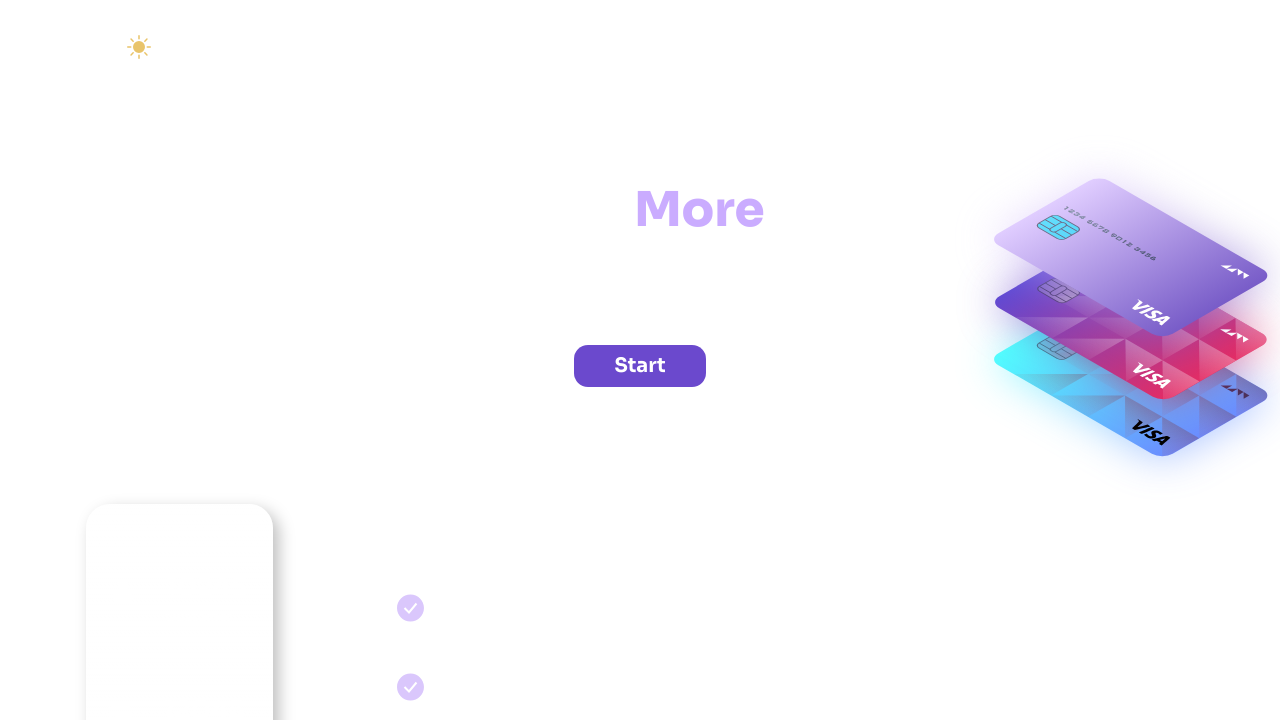
Repository: NBlue/react-tailwind
Page: /
The author's editor kept a copy of each file at every save. The page is drawn from the files as they stood at one save, then again after the next save.
The browser window is 1280 px wide. The pictures show the whole page.
An inner scrolling area shows only its first screen. The project was rebuilt for these pictures with package versions that can differ from the ones it lists, and the page was loaded fresh each time. Also part of the build but not shown: src/App.css.

Above is the page before, as saved 2022-03-29 15:10:21.

### public/index.html
<!DOCTYPE html>
<html lang="en">

<head>
  <meta charset="utf-8" />
  <link rel="icon" href="%PUBLIC_URL%/favicon.ico" />
  <meta name="viewport" content="width=device-width, initial-scale=1" />
  <meta name="theme-color" content="#000000" />
  <meta name="description" content="Web site created using create-react-app" />
  <link rel="apple-touch-icon" href="%PUBLIC_URL%/logo192.png" />
  <!--
      manifest.json provides metadata used when your web app is installed on a
      user's mobile device or desktop. See https://developers.google.com/web/fundamentals/web-app-manifest/
    -->
  <link rel="manifest" href="%PUBLIC_URL%/manifest.json" />
  <!--
      Notice the use of %PUBLIC_URL% in the tags above.
      It will be replaced with the URL of the `public` folder during the build.
      Only files inside the `public` folder can be referenced from the HTML.

      Unlike "/favicon.ico" or "favicon.ico", "%PUBLIC_URL%/favicon.ico" will
      work correctly both with client-side routing and a non-root public URL.
      Learn how to configure a non-root public URL by running `npm run build`.
    -->
  <link rel="preconnect" href="https://fonts.googleapis.com">
  <link rel="preconnect" href="https://fonts.gstatic.com" crossorigin>
  <link
    href="https://fonts.googleapis.com/css2?family=Poppins:wght@300;400;500;600;700&family=Sora:wght@600;700;800&display=swap"
    rel="stylesheet">
  <title>React App</title>
</head>

<body>
  <noscript>You need to enable JavaScript to run this app.</noscript>
  <div id="root"></div>
  <!--
      This HTML file is a template.
      If you open it directly in the browser, you will see an empty page.

      You can add webfonts, meta tags, or analytics to this file.
      The build step will place the bundled scripts into the <body> tag.

      To begin the development, run `npm start` or `yarn start`.
      To create a production bundle, use `npm run build` or `yarn build`.
    -->
</body>

</html>

### src/index.js
import React from "react";
import ReactDOM from "react-dom";
import "./index.css";
import App from "./App";

ReactDOM.render(
    <React.StrictMode>
        <App />
    </React.StrictMode>,
    document.getElementById("root")
);

// If you want to start measuring performance in your app, pass a function
// to log results (for example: reportWebVitals(console.log))
// or send to an analytics endpoint. Learn more: https://bit.ly/CRA-vitals

### src/index.css
@tailwind base;
@tailwind components;
@tailwind utilities;

/* Giống mixi trong scss, tái sử dụng code */
@layer components {
    .check-content {
        @apply mb-[51px] flex gap-8 ml-[70px] mr-[29px] items-center;
    }
    .nav-hover {
        @apply hover:text-purple-500 transition-all duration-500 cursor-pointer;
    }
}

### src/App.js
import "./App.css";
import Content from "./component/Content/Content";
import NavBar from "./component/Navbar/Navbar";
import Slogan from "./component/Slogan/Slogan";

import { useEffect, useState } from "react";

function App() {
    const [windowSize, setWindowSize] = useState({
        width: undefined,
        height: undefined,
    });
    const [isMobile, setMobile] = useState(false);

    // Set windowSize để tùy chỉnh màn hình, useEffect này thuộc trường hợp 2 lấy ngay lần đầu
    useEffect(() => {
        const handleSize = () => {
            setWindowSize({
                width: window.innerWidth,
                height: window.innerHeight,
            });
        };
        window.addEventListener("resize", handleSize);
        handleSize();
        return () => window.removeEventListener("resize", handleSize);
    }, []);

    useEffect(() => {
        // Nếu chiều rộng màn hình < 500 thì nó là mobile
        if (windowSize.width < 500) {
            setMobile(true);
        } else {
            setMobile(false);
        }
    }, [windowSize]);

    return (
        <div className="font-sora overflow-y-auto overflow-x-hidden h-screen px-4 py-8 text-white bg-gradient-to-b dark:from-purple-900 to-purple-700">
            <NavBar isMobile={isMobile} />
            <Slogan />
            <Content />
        </div>
    );
}

export default App;

### src/component/Content/Content.jsx
import { FaUser } from "react-icons/fa";
import { BsFillCreditCardFill } from "react-icons/bs";
import checkIconMobile from "../../assets/mobile/checkpoint.svg";

import { useSpring, animated } from "react-spring";

const Content = () => {
    // animation customer bằng react spring
    // Muốn số chạy từ 0 đến 10245
    const customer = useSpring({ customers: 10245, from: { customers: 0 } });
    const card = useSpring({ cards: 12045, from: { cards: 0 } });

    return (
        <section className="md:flex md:flex-row">
            <div className="ml-[70px] mr-[54px] font-bold  flex flex-col items-center bg-gradient-to-b shadow-md from-white/40 to transparent rounded-[24px] text-white md:w-[20%]">
                <div className="mt-16 gap-8 flex items-start">
                    <FaUser size={"22px"} className="mt-3" />
                    <div className="text-26">
                        <animated.div>
                            {/* Math.floor: làm tròn giá trị */}
                            {customer.customers.to((val) => Math.floor(val))}
                        </animated.div>
                        <p className="text-13 font-semibold">Customer</p>
                    </div>
                </div>
                <div className="mt-16 gap-8 flex items-start">
                    <BsFillCreditCardFill size={"22px"} className="mt-[12px]" />
                    <div className="text-26">
                        <animated.div>
                            {/* Math.floor: làm tròn giá trị */}
                            {card.cards.to((val) => Math.floor(val))}
                        </animated.div>
                        <p className="text-13 font-semibold mb-[36px]">
                            Cards Issued
                        </p>
                    </div>
                </div>
            </div>
            <div className="text-13 flex flex-col w-[100%] mt-[90px] font-semibold">
                <div className="check-content">
                    <img src={checkIconMobile} alt="" />
                    <p> Card reports sent to your phone every weeks</p>
                </div>
                <div className="check-content">
                    <img src={checkIconMobile} alt="" />
                    <p> No external fees</p>
                </div>
                <div className="check-content">
                    <img src={checkIconMobile} alt="" />
                    <p> Set spending limits and restrictions</p>
                </div>
            </div>
        </section>
    );
};
export default Content;

### src/component/Navbar/Navbar.jsx
import { BsFillSunFill } from "react-icons/bs"; //bs là 2 chữ cái đầu tiên
import { HiOutlineMenu } from "react-icons/hi";
import { MdOutlineClose } from "react-icons/md";

import { useState } from "react";

const NavBar = ({ isMobile }) => {
    const [openMenu, setOpenMenu] = useState(false);
    const handleMenu = () => {
        setOpenMenu(!openMenu);
    };
    return (
        <nav className="flex items-center ">
            <div className="flex items-center ">
                <div className="text-[20px] font-bold mr-2">NerdCard</div>
                <BsFillSunFill
                    size={"24px"}
                    color="#e9c46a"
                    className="cursor-pointer"
                />
            </div>
            <ul className="md:flex md:gap-10 ml-auto text-16 font-semibold">
                {/* Nếu openMenu là true thì hiện cái close kia ra ko thì hiện menu hambogo */}
                {openMenu && isMobile ? (
                    <MdOutlineClose
                        size={"24px"}
                        className="cursor-pointer"
                        onClick={handleMenu}
                    />
                ) : !openMenu && isMobile ? (
                    <HiOutlineMenu
                        size={"24px"}
                        className="cursor-pointer"
                        onClick={handleMenu}
                    />
                ) : (
                    <>
                        <li className="nav-hover">Feature</li>
                        <li className="nav-hover">Menu</li>
                        <li className="nav-hover">Out Story</li>
                        <li className="nav-hover ml-28">Contact</li>
                    </>
                )}
                {openMenu && (
                    <div className="absolute right-8 bg-white p-8 text-center text-black text-13 cursor-pointer">
                        <li>Feature</li>
                        <li>Menu</li>
                        <li>Out Story</li>
                        <li>Contact</li>
                    </div>
                )}
            </ul>
        </nav>
    );
};
export default NavBar;

### src/component/Slogan/Slogan.jsx
import Cards from "../../assets/desktop/isocard.svg";

const Slogan = () => {
    return (
        <section className="text-36 my-14 relative font-extrabold md:my-28 md:grid md:grid-cols-3 md:items-center md:text-48">
            <div className="text-center md:col-span-1 md:col-start-2">
                <p>
                    Earn <span className="text-purple-300">More</span>
                </p>
                <p className=""> Pay Less </p>
                <button className="text-20 px-6 py-[6px] font-bold mt-[27px] bg-purple-500 rounded-[14px] hover:bg-pink-500 transition-all duration-300 md:px-10">
                    Start
                </button>
            </div>
            <div className="mt-[69px] md:absolute md:right-[-90px]">
                <img src={Cards} alt="" />
            </div>
        </section>
    );
};

export default Slogan;

### tailwind.config.js
module.exports = {
    content: ["./src/**/*.{js,jsx,ts,tsx}"],
    theme: {
        // Tự custom:
        fontFamily: {
            sora: ["Sora"],
        },
        extend: {
            colors: {
                "purple-200": "#DAC7FC",
                "purple-300": "#CAACFF",
                "purple-500": "#6B49CD",
                "purple-700": "#5D0096",
                "purple-900": "#210035",
                "pink-500": "#AD26FF",
            },
            fontSize: {
                13: "13px",
                14: "14px",
                16: "16px",
                20: "20px",
                26: "26px",
                24: "24px",
                32: "32px",
                36: "36px",
                48: "48px",
            },
            boxShadow: {
                md: "6px 6px 16px 0 rgba(0, 0, 0, 0.25),-4px -4px 12px 0 rgba(255, 255, 255, 0.3);",
            },
        },
    },
    plugins: [],
};

After the next save:
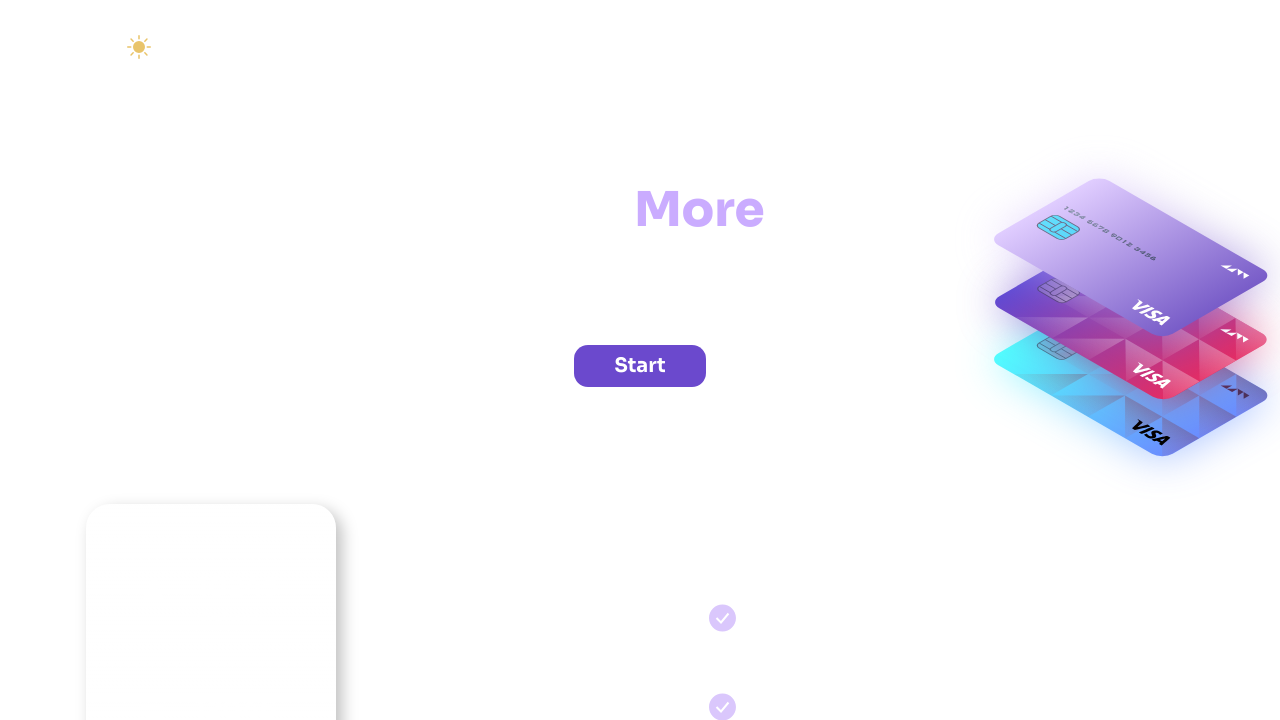
Saved 111 s later.
--- a/src/component/Content/Content.jsx
+++ b/src/component/Content/Content.jsx
@@ -36,7 +36,7 @@
                     </div>
                 </div>
             </div>
-            <div className="text-13 flex flex-col w-[100%] mt-[90px] font-semibold">
+            <div className="text-13 flex flex-col w-[100%] mt-[90px] font-semibold md:w-[30%] md:text-16 md:ml-[20%]">
                 <div className="check-content">
                     <img src={checkIconMobile} alt="" />
                     <p> Card reports sent to your phone every weeks</p>
